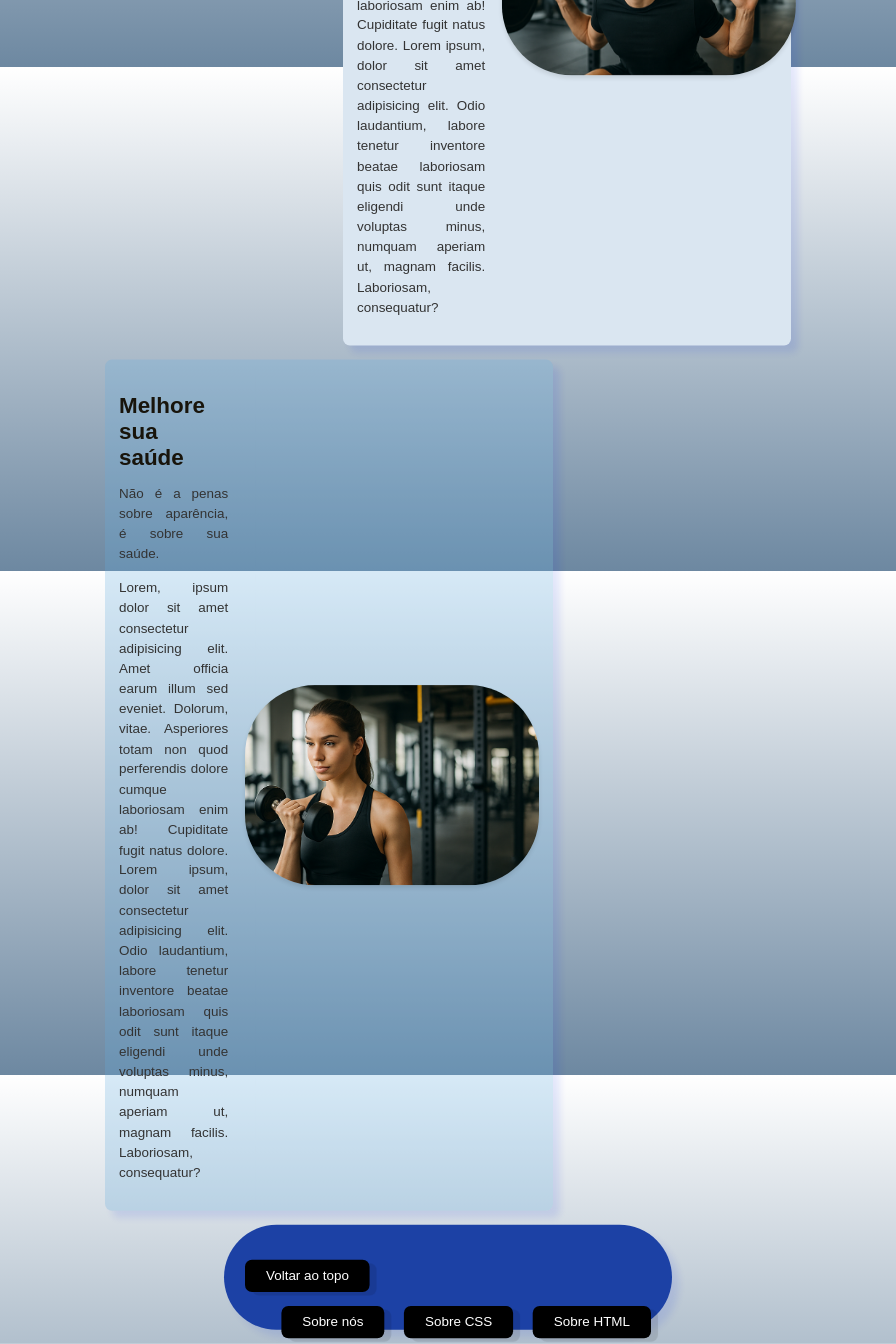
Repository: LuidyOn/Site_Forca_Total
Page: ForçaTotal/index.html
An editor plug-in stored every save of this project. The page is shown before and after a run of saves, followed by the edit.
The browser window is 1280 px wide. The pictures show the part of the page from y = 2064 to 3984 px (the page is 3984 px tall), at 70% of full size.
Backgrounds fixed to the window are drawn as part of the page.

Above is the page before, as saved 2025-05-19 14:17:31.
Not found: ForçaTotal/js/script.js

### ForçaTotal/index.html
<!DOCTYPE html>
<html lang="pt-br">

<head>
    <meta charset="UTF-8">
    <meta name="viewport" content="width=device-width, initial-scale=1.0">
    <title>Força Total</title>
    <link rel="stylesheet" href="css/style.css">
    <link rel="shortcut icon" href="img/icons/logo.ico" type="image/x-icon">
</head>

<body>
    <header style="display: flex; align-items: center; justify-content: center; gap: 16px; padding: 8px 0; position: fixed; top: 0; left: 0; width: 100%; background: #1c41a5; z-index: 1000; box-shadow: 0 2px 8px rgba(0,0,0,0.05);">
        <img src="img/logo.jpg" alt="Imagem logo" style="height: 50px; width: auto;">
        <div style="text-align: left;">
            <h1 style="margin: 0; font-size: 1.5em;">Força Total</h1>
            <p style="margin: 0; color: rgb(207, 207, 207); font-size: 0.95em;">Parece uma Moça? Totalize sua Força!</p>
        </div>
    </header>
    <div style="height: 74px;"></div>

<img src="img/bannerpeso.png" alt="mulher com peso" style="width: 100%; height: auto; margin-top: 20px;">

    <section class="variacao" style="display: flex; align-items: center; justify-content: space-between;">
        <div style="flex: 1;">
            <h2>Escolha seu exercício</h2>
            <p>Não é apenas sobre aparência, é sobre sua saúde.</p>
            <p>Lorem, ipsum dolor sit amet consectetur adipisicing elit. Amet officia earum illum sed eveniet. Dolorum, vitae. Asperiores totam non quod perferendis dolore cumque laboriosam enim ab! Cupiditate fugit natus dolore. Lorem ipsum, dolor sit amet consectetur adipisicing elit. Odio laudantium, labore tenetur inventore beatae laboriosam quis odit sunt itaque eligendi unde voluptas minus, numquam aperiam ut, magnam facilis. Laboriosam, consequatur?</p>
        </div>
        <img src="img/prancha.png" alt="Exercício" style="width: 420px; height: auto; border-radius: 100px; margin-left: 24px;">
    </section>
    <section style="background-color: #dae6f1; padding: 20px; text-align: justify; margin-right: 150px; display: flex; align-items: center; justify-content: space-between;">
        <div style="flex: 1;">
            <h2>Acompanhe sua evolução</h2>
            <p>Não é apenas sobre aparência, é sobre sua saúde.</p>
            <p>Lorem, ipsum dolor sit amet consectetur adipisicing elit. Amet officia earum illum sed eveniet. Dolorum, vitae. Asperiores totam non quod perferendis dolore cumque laboriosam enim ab! Cupiditate fugit natus dolore. Lorem ipsum, dolor sit amet consectetur adipisicing elit. Odio laudantium, labore tenetur inventore beatae laboriosam quis odit sunt itaque eligendi unde voluptas minus, numquam aperiam ut, magnam facilis. Laboriosam, consequatur?</p>
        </div>
        <img src="img/agachamento.png" alt="Exercício" style="width: 420px; height: auto; border-radius: 100px; margin-left: 24px;">
    </section>

    <section class="variacao" style=" padding: 20px; text-align: justify; margin-left: 150px; display: flex; align-items: center; justify-content: space-between;">
        <div style="flex: 1;">
            <h2>Melhore sua saúde</h2>
            <p>Não é a penas sobre aparência, é sobre sua saúde.</p>
            <p>Lorem, ipsum dolor sit amet consectetur adipisicing elit. Amet officia earum illum sed eveniet. Dolorum, vitae. Asperiores totam non quod perferendis dolore cumque laboriosam enim ab! Cupiditate fugit natus dolore. Lorem ipsum, dolor sit amet consectetur adipisicing elit. Odio laudantium, labore tenetur inventore beatae laboriosam quis odit sunt itaque eligendi unde voluptas minus, numquam aperiam ut, magnam facilis. Laboriosam, consequatur?</p>
        </div>
        <img src="img/peso.png" alt="Exercício" style="width: 420px; height: auto; border-radius: 100px; margin-left: 24px;">
    </section>

    <section style=" background-color: #1c41a5; padding: 10px; text-align: justify; height: 150px; padding: 1px 20px;  border-radius: 1000px;">
  <h3 style="text-align: left;">
    <span>
    <a href="index.html"><button id="botao">Voltar ao topo</button></a>
    </span>
    <span style="float: right;">
      <a href="paginas/sobrenos.html"><button>Sobre nós</button></a>
      <a href="paginas/sobrecss.html"><button>Sobre CSS</button></a>
      <a href="paginas/sobreHTML.html"><button>Sobre HTML</button></a>
    </span>
  </h3>

  </section>

    <script src="js/script.js"></script>
</body>
</html>

### ForçaTotal/css/style.css
/* Resetando algumas margens e paddings padrão */
@charset "UTF-8";

* {
  margin: 100;
  padding: 0;
  box-sizing: border-box;

}

body {
  font-family: 'Arial', sans-serif;
  text-align: left;
  background-image: linear-gradient(to bottom, #ffffff, #6d88a1);
  background-attachment: fixed;
  margin: 0;
  padding: 0;
  color: #333;
  width: 100vw;
  min-height: 100vh;
}

header {
  display: flex;
  align-items: center;
  justify-content: center;
  gap: 16px;
  position: fixed;
  top: -20px;
  left: 0;
  width: 100%;
  background: #10315e;
  z-index: 1000;
  box-shadow: 0 2px 8px rgba(0,0,0,0.05);
  background-color: #0a2a83;
  color: white;
  text-align: center;
  padding: 20px;
  font-size: 1.2rem;
}

header img {
  width: 150px;
  margin-bottom: 20px;
  border-radius: 50%;
}

h1 {
  font-size: 2.5rem;
  margin-bottom: 10px;
  font-weight: bold;
}

h2 {
  font-size: 2rem;
  margin-bottom: 10px;
  font-weight: bold;
}

h3 {
  font-size: 1.8rem;
  margin-bottom: 10px;
  font-weight: 300;
  text-align: center;
}

h4 {
  font-size: 1.5rem;
  margin-bottom: 10px;
  font-weight: 300;
  margin-left: 10px;
}

h5 {
  font-size: 1.3rem;
  margin-bottom: 10px;
  font-weight: 300;
  margin-left: 20px;
}

ul {
  padding: 0;
  margin-left: 100px;
}
ol {
  list-style-type: decimal;
  margin: 0;
}

p {
  font-size: 1.2rem;
  font-weight: 300;
}

section {
  padding: 40px 20px;
  background-color: #dae6f1;
  margin: 20px 0;
  border-radius: 10px;
  box-shadow: 10px 10px 10px rgba(0, 42, 228, 0.1);
  width: 50%;
  margin-left: auto;
  margin-right: auto;
  display: block;
  align-items: center;
  justify-content: space-between;
}

.variacao {
  background-color: rgba(99, 173, 219, 0.262);

}

section h2 {
  font-size: 2rem;
  margin-bottom: 10px;
  color: rgb(24, 20, 11);
}

section p {
  font-size: 1.2rem;
  line-height: 1.5;
  margin-bottom: 20px;
}

section img {
  width: 25%;
  max-width: 600px;
  border-radius: 10px;
  box-shadow: 0px 4px 6px rgba(0, 0, 0, 0.1);
  margin-left: px;
}

button {
  padding: 12px 30px;
  font-size: 1.2rem;
  background-color: #000000;
  color: white;
  border: none;
  border-radius: 10px;
  cursor: pointer;
  transition: background-color 0.3s ease, transform 0.2s ease;
  margin-top: 20px;
  margin-left: 10px;
  margin-right: 10px;
  box-shadow: 10px 5px 1px rgba(0, 0, 0, 0.1);

}

button:hover {
  background-color: #325f90;
  transform: translateY(-2px);
}

button:active {
  transform: translateY(0);
}

footer {
  background-color: #222;
  color: white;
  padding: 20px;
  font-size: 1rem;
  text-align: center;
  margin-top: 40px;
  left: 0;
  bottom: 0;
  width: 100vw;
  z-index: 100;
}

footer p {
  font-weight: 300;
  margin-left: -1000px;

}

@media screen and (max-width: 768px) {
  header h1 {
      font-size: 2rem;
  }

  section h2 {
      font-size: 1.8rem;
  }

  button {
      padding: 10px 25px;
  }
}

After the next 5 saves:
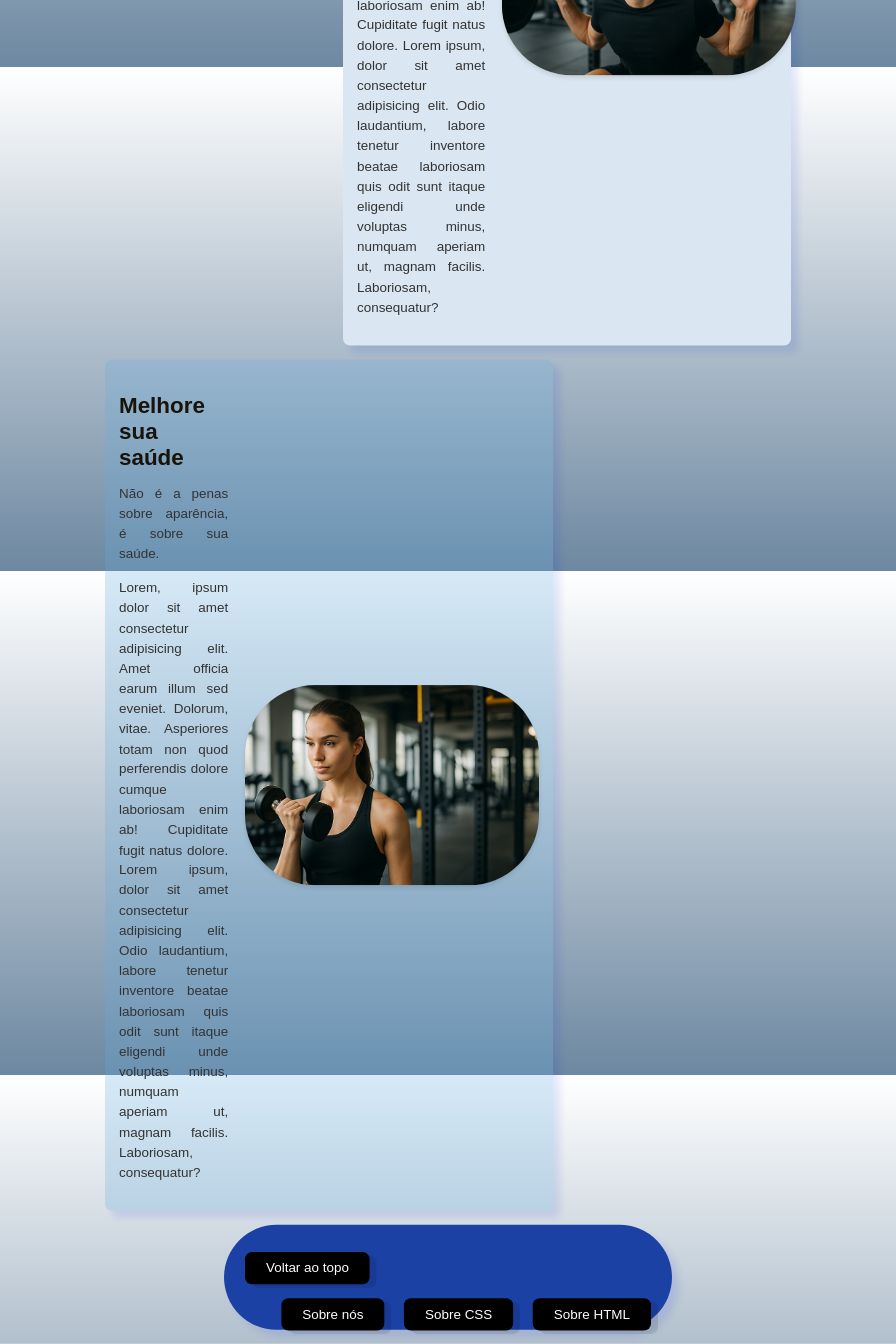
The 5 saves are shown as one change because they came seconds apart.
The last was saved 31 s later.
--- a/ForçaTotal/css/style.css
+++ b/ForçaTotal/css/style.css
@@ -104,6 +104,8 @@ section {
   display: block;
   align-items: center;
   justify-content: space-between;
+  display: flex;
+  text
 }
 
 .variacao {
